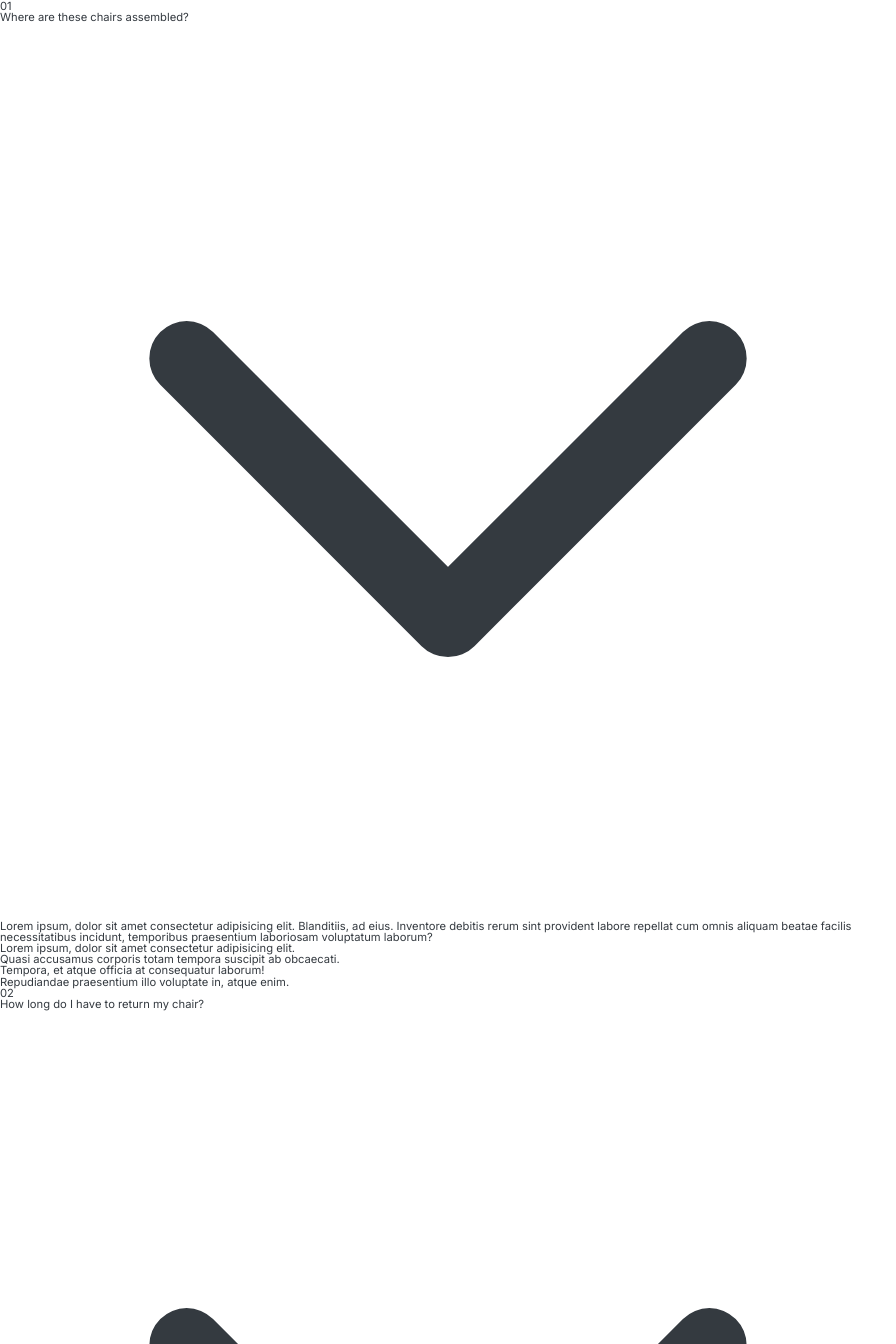
Repository: nghiakma/HTML-CSS-Fundamental
Page: Component_LayoutPatterns/accordion.html
The author's editor kept a copy of each file at every save. The page is drawn from the files as they stood at one save, then again after the next save.
The browser window is 1280 px wide. The pictures show the part of the page from y = 0 to 1920 px (the page is 4232 px tall), at 70% of full size.

Above is the page before, as saved 2023-08-26 11:02:02.

### Component_LayoutPatterns/accordion.html
<!DOCTYPE html>
<html lang="en">

<head>
  <meta charset="UTF-8">
  <meta name="viewport" content="width=device-width, initial-scale=1.0">
  <link href="https://fonts.googleapis.com/css2?family=Inter:wght@400;500;700&display=swap" rel="stylesheet" />
  <title>Accordion Component</title>
  <style>
    /*
      SPACING SYSTEM (px)
      2 / 4 / 8 / 12 / 16 / 24 / 32 / 48 / 64 / 80 / 96 / 128
      FONT SIZE SYSTEM (px)
      10 / 12 / 14 / 16 / 18 / 20 / 24 / 30 / 36 / 44 / 52 / 62 / 74 / 86 / 98
      */
    /*
      MAIN COLOR: #087f5b
      GREY COLOR: #343a40
      */
    * {
      margin: 0;
      padding: 0;
      box-sizing: border-box;
    }

    body {
      font-family: "Inter", sans-serif;
      color: #343a40;
      line-height: 1;
    }
  </style>
</head>
<!--Accordion la mot danh sach dc sap xep theo chieu doc hay chieu ngang
co chuc nang de hien thi hay an noi dung-->

<body>
  <div class="accordion">
    <div class="item">
      <p class="number">01</p>
      <p class="text">Where are these chairs assembled?</p>
      <svg xmlns="http://www.w3.org/2000/svg" class="icon" fill="none" viewBox="0 0 24 24" stroke="currentColor">
        <path stroke-linecap="round" stroke-linejoin="round" stroke-width="2" d="M19 9l-7 7-7-7" />
      </svg>
      <div class="hidden-box">
        <p>
          Lorem ipsum, dolor sit amet consectetur adipisicing elit. Blanditiis, ad eius. Inventore debitis rerum sint
          provident labore repellat cum omnis aliquam beatae facilis necessitatibus incidunt, temporibus praesentium
          laboriosam voluptatum laborum?
        </p>
        <ul>
          <li>Lorem ipsum, dolor sit amet consectetur adipisicing elit.</li>
          <li>
            Quasi accusamus corporis totam tempora suscipit ab obcaecati.
          </li>
          <li>Tempora, et atque officia at consequatur laborum!</li>
          <li>Repudiandae praesentium illo voluptate in, atque enim.</li>
        </ul>
      </div>
    </div>
    <div class="item open">
      <p class="number">02</p>
      <p class="text">How long do I have to return my chair?</p>
      <svg xmlns="http://www.w3.org/2000/svg" class="icon" fill="none" viewBox="0 0 24 24" stroke="currentColor">
        <path stroke-linecap="round" stroke-linejoin="round" stroke-width="2" d="M19 9l-7 7-7-7" />
      </svg>
      <div class="hidden-box">
        <p>
          Lorem ipsum, dolor sit amet consectetur adipisicing elit.
          Accusantium dolor at sequi obcaecati cupiditate. Voluptates
          repellendus cupiditate aperiam! Incidunt amet quo neque.
        </p>
        <ul>
          <li>Lorem ipsum, dolor sit amet consectetur adipisicing elit.</li>
          <li>
            Quasi accusamus corporis totam tempora suscipit ab obcaecati.
          </li>
          <li>Tempora, et atque officia at consequatur laborum!</li>
          <li>Repudiandae praesentium illo voluptate in, atque enim.</li>
        </ul>
      </div>
    </div>

    <div class="item">
      <p class="number">03</p>
      <p class="text">Do you ship to countries outside the EU?</p>
      <svg xmlns="http://www.w3.org/2000/svg" class="icon" fill="none" viewBox="0 0 24 24" stroke="currentColor">
        <path stroke-linecap="round" stroke-linejoin="round" stroke-width="2" d="M19 9l-7 7-7-7" />
      </svg>
      <div class="hidden-box">
        <p>
          Lorem ipsum, dolor sit amet consectetur adipisicing elit.
          Accusantium dolor at sequi obcaecati cupiditate. Voluptates
          repellendus cupiditate aperiam! Incidunt amet quo neque.
        </p>
        <ul>
          <li>Lorem ipsum, dolor sit amet consectetur adipisicing elit.</li>
          <li>
            Quasi accusamus corporis totam tempora suscipit ab obcaecati.
          </li>
          <li>Tempora, et atque officia at consequatur laborum!</li>
          <li>Repudiandae praesentium illo voluptate in, atque enim.</li>
        </ul>
      </div>
    </div>
  </div>
</body>

</html>

After the next save:
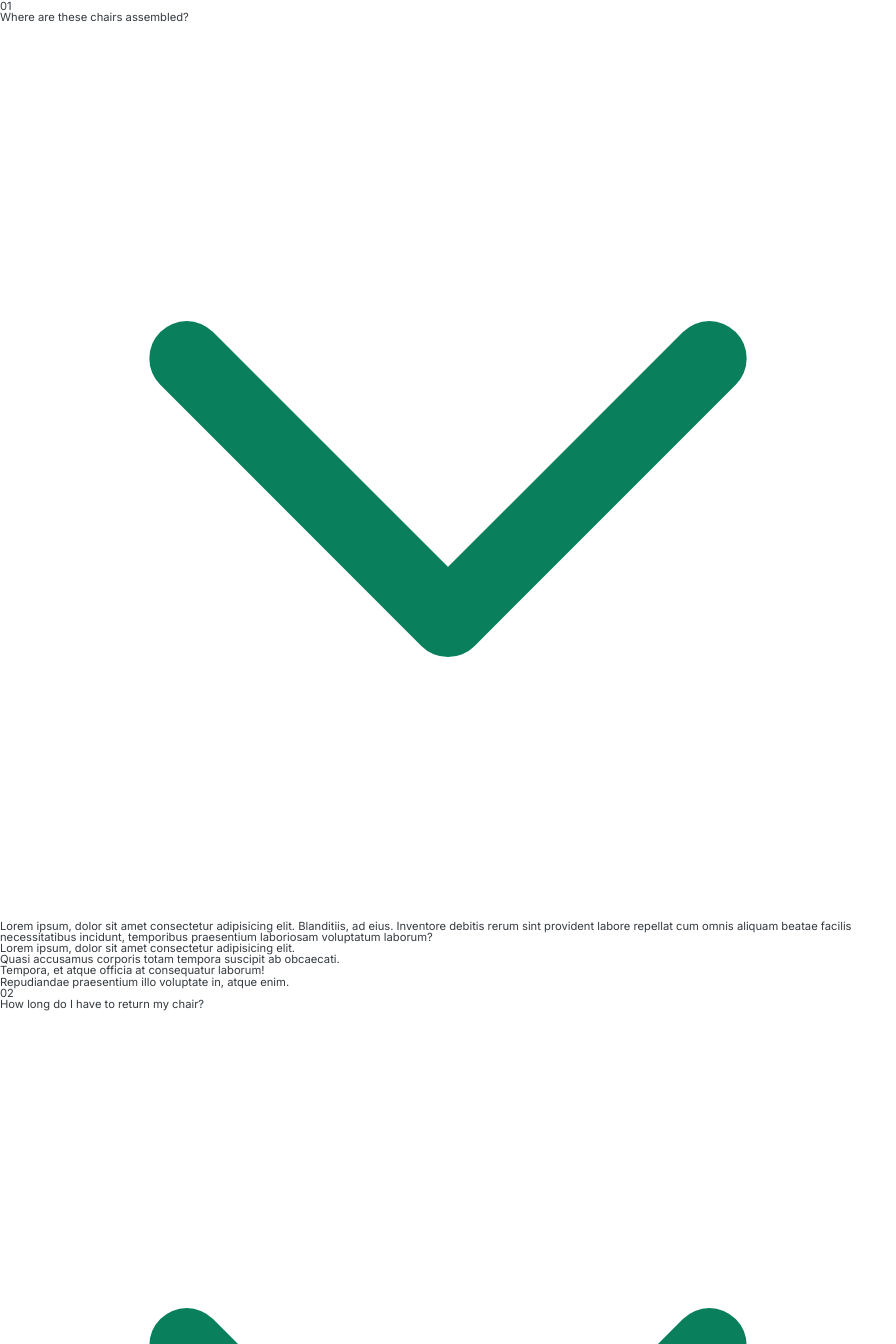
Saved 41 s later.
--- a/Component_LayoutPatterns/accordion.html
+++ b/Component_LayoutPatterns/accordion.html
@@ -27,6 +27,10 @@
       font-family: "Inter", sans-serif;
       color: #343a40;
       line-height: 1;
+    }
+
+    .icon {
+      stroke: #097f5b;
     }
   </style>
 </head>
